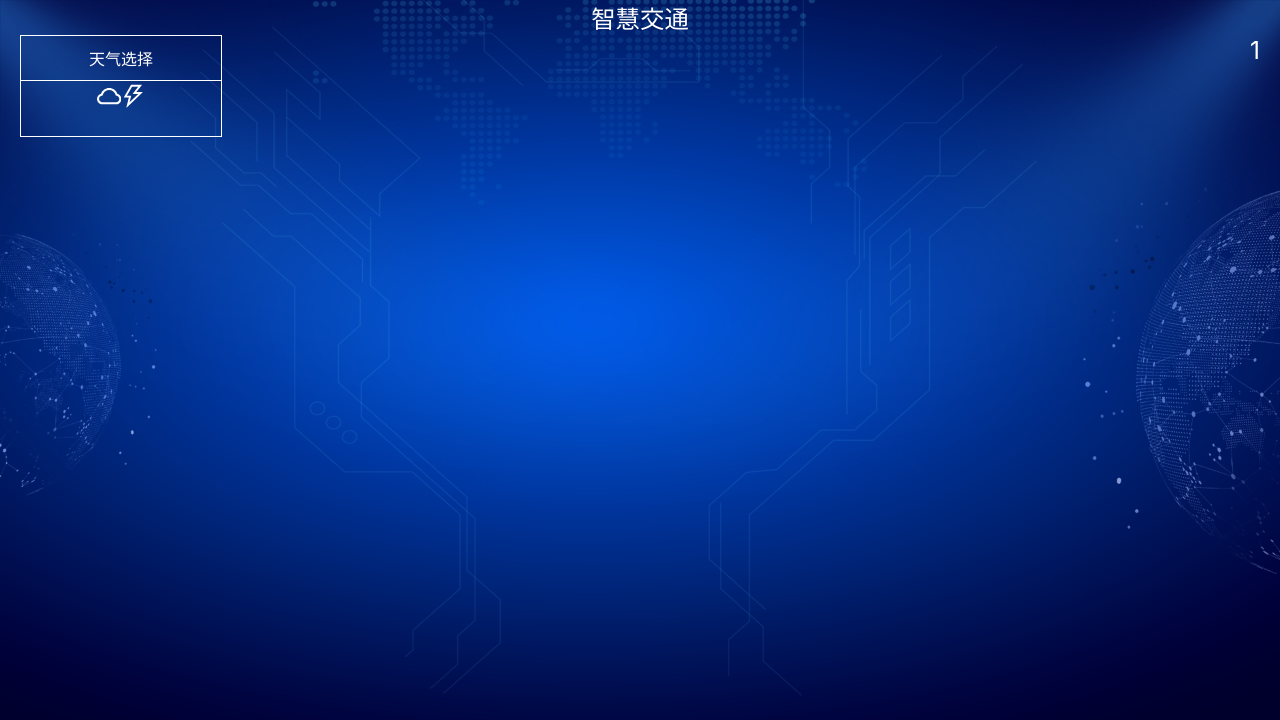
Repository: lizzie7d/smart-traffic
Page: /
An editor plug-in stored every save of this project. The page is shown before and after the next save, followed by the edit.
The browser window is 1280 px wide. The pictures show the whole page.
The project was rebuilt for these pictures with package versions that can differ from the ones it lists, and the page was loaded fresh each time.

Above is the page before, as saved 2023-04-11 17:39:42.

After the next save:
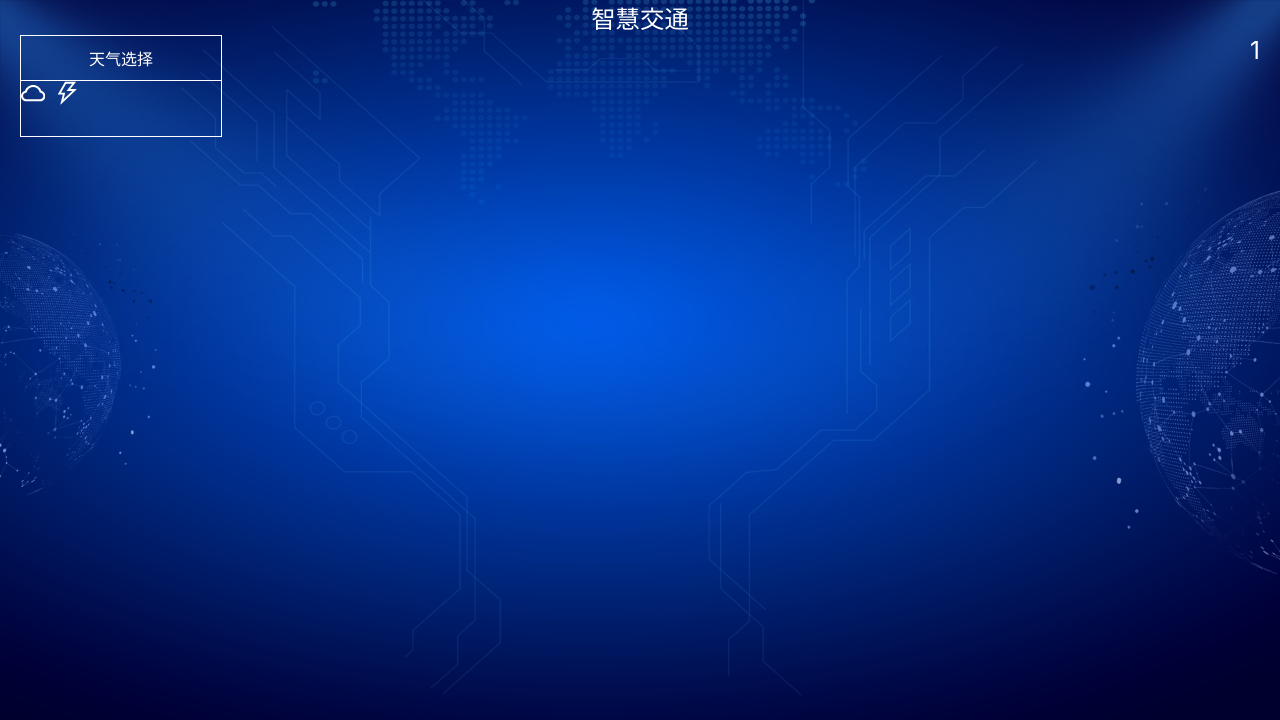
Saved 27 s later.
--- a/src/pages/style.css
+++ b/src/pages/style.css
@@ -23,3 +23,9 @@ width: 100%;
     border-bottom: 1px solid #fff;
     padding: 10px;
 }
+
+.weather-icon {
+    display: flex;
+    flex-direction: row;
+    gap:10px
+}
